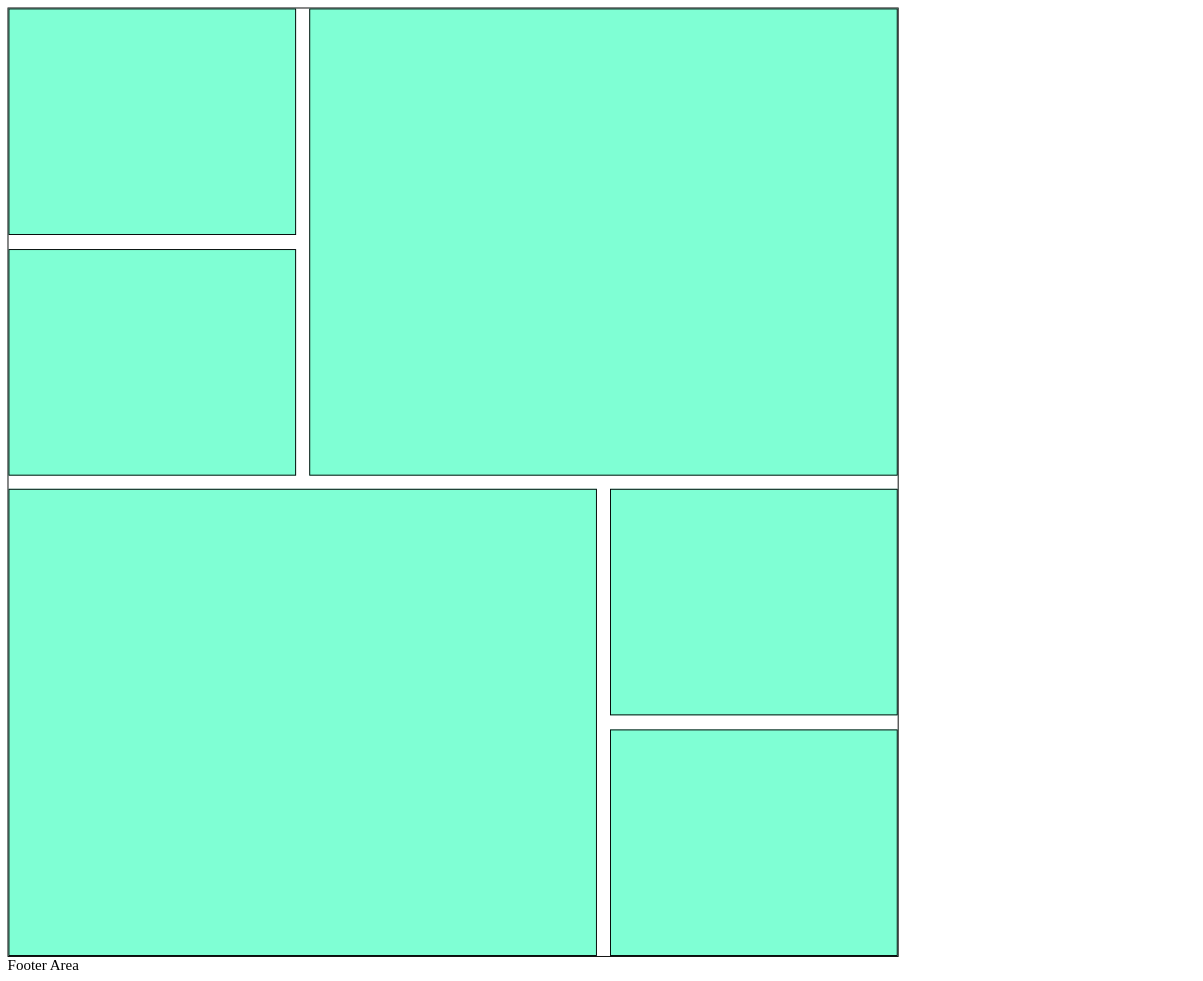
Repository: BwesewB/Brutalist-Website
Page: /
The author's editor kept a copy of each file at every save. The page is drawn from the files as they stood at one save, then again after the next save.
The browser window is 1280 px wide. The pictures show the whole page, at 94% of full size.
The project was rebuilt for these pictures with package versions that can differ from the ones it lists, and the page was loaded fresh each time. The framework's server and built-in components were replaced by stand-ins that run in the browser. Also part of the build but not shown: next.config.mjs.

Above is the page before, as saved 2024-02-03 17:08:06.

After the next save:
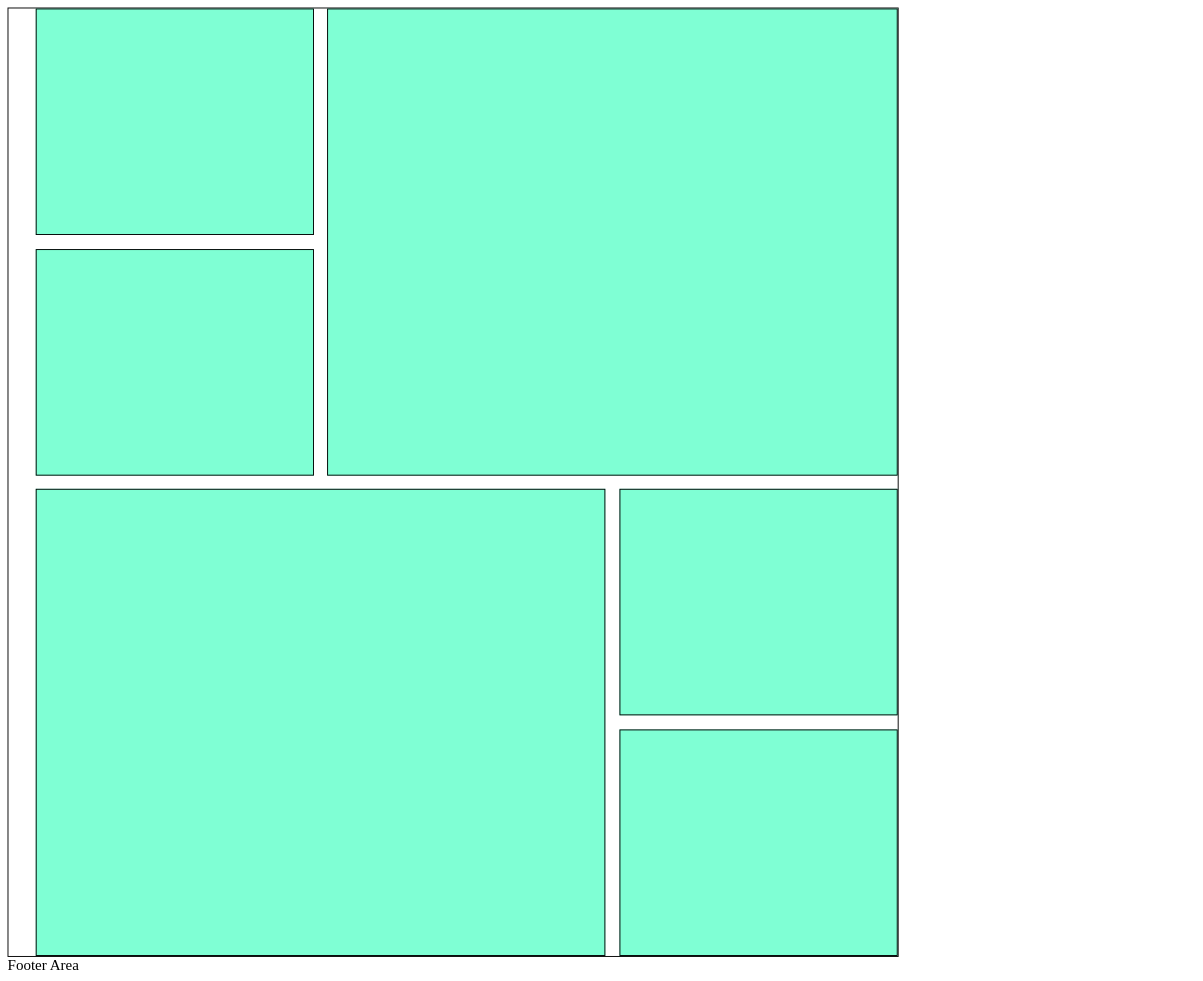
Saved 26 s later.
--- a/styles/Home.module.css
+++ b/styles/Home.module.css
@@ -36,6 +36,7 @@
   gap: 2vh;
   border: 1px solid black;
   height:140vh;
+  padding-left: 4vh;
 }
 /*---------------------------------------------------------------------------------------------------------*/
 
